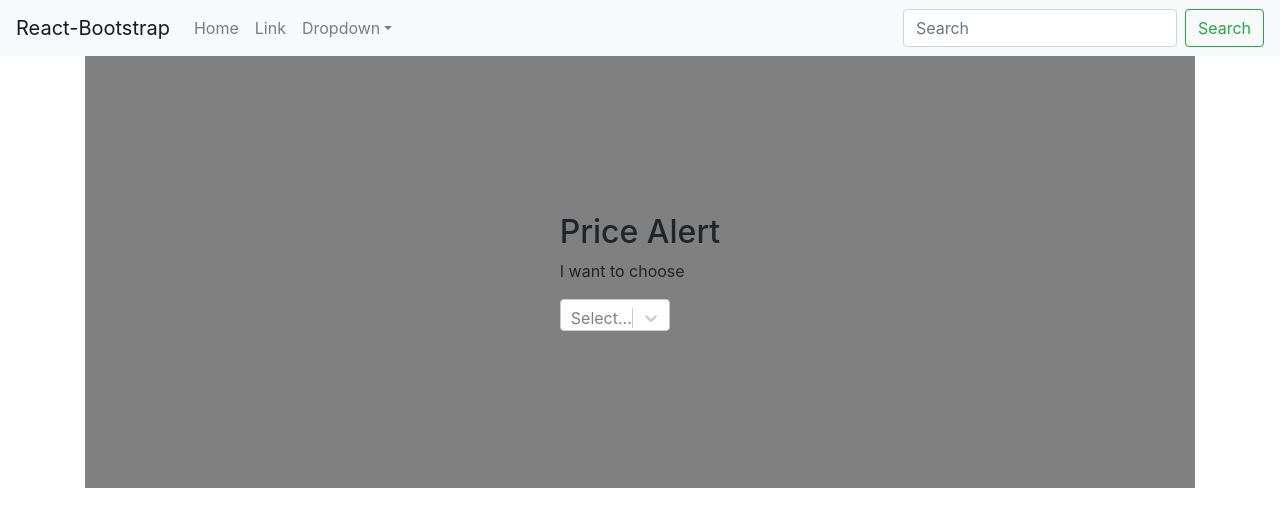
Repository: flychicken123/PriceAlertFront
Page: /
An editor plug-in stored every save of this project. The page is shown before and after the next save, followed by the edit.
The browser window is 1280 px wide. The pictures show the whole page.
The page's requests for data from a server got no answer. The project was rebuilt for these pictures with package versions that can differ from the ones it lists, and the page was loaded fresh each time. No one was signed in, and anything a server would have sent is missing. Also part of the build but not shown: src/App.css.

Above is the page before, as saved 2021-03-07 09:46:58.

After the next save:
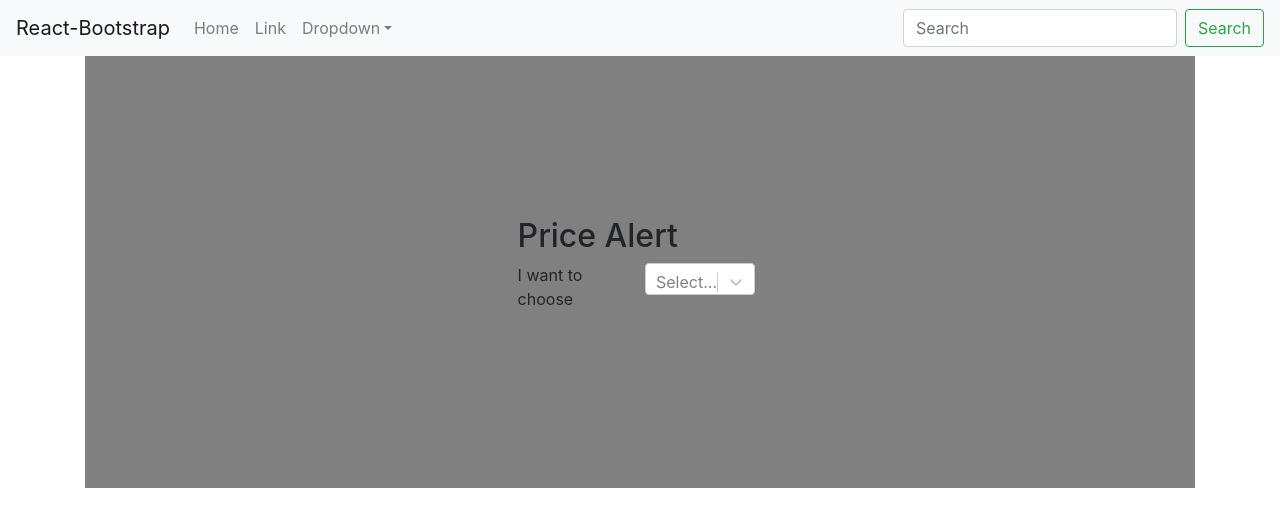
Saved 3 min 21 s later.
--- a/src/components/Home.jsx
+++ b/src/components/Home.jsx
@@ -44,6 +44,9 @@ export default function Home(props) {
                         <Form.Row>
                             <Col>
                                 <p>I want to choose</p>
+
+                            </Col>
+                            <Col>
                                 <AsyncSelect
                                     cacheOptions
                                     defaultOptions
